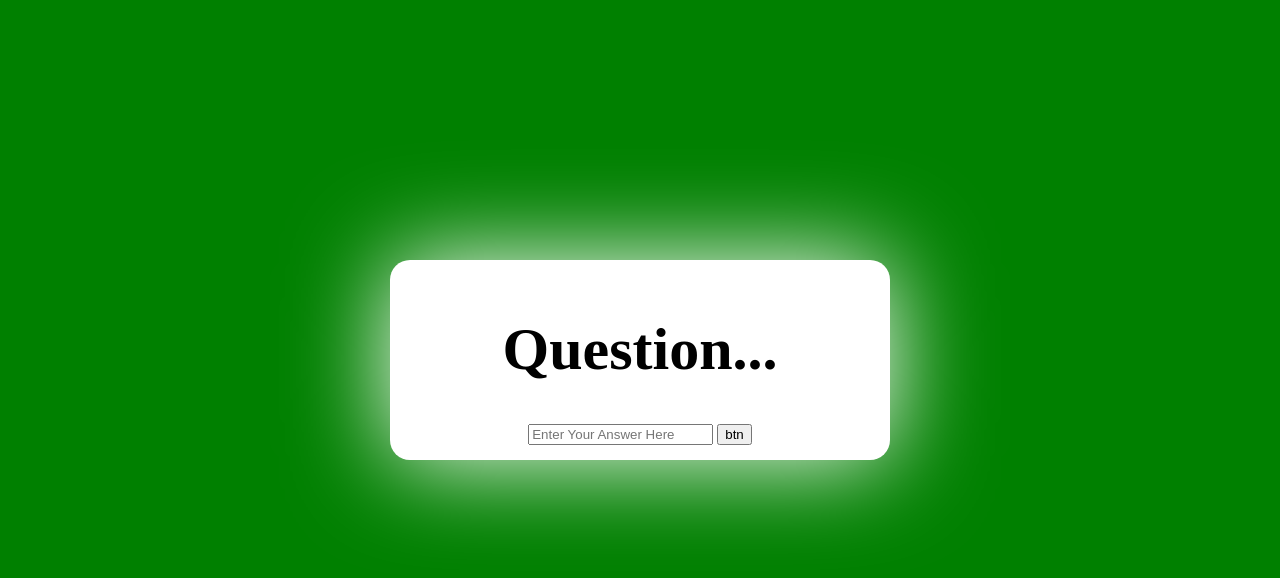
Repository: Joseph061200/Dynamic_Lab2
Page: joseph.html
These files come from the project's save history. The page is drawn as it stood at one moment and after the next save; the edit follows.
The browser window is 1280 px wide. The pictures show the whole page.

Above is the page before, as saved 2020-02-20 14:16:08.

After the next save:
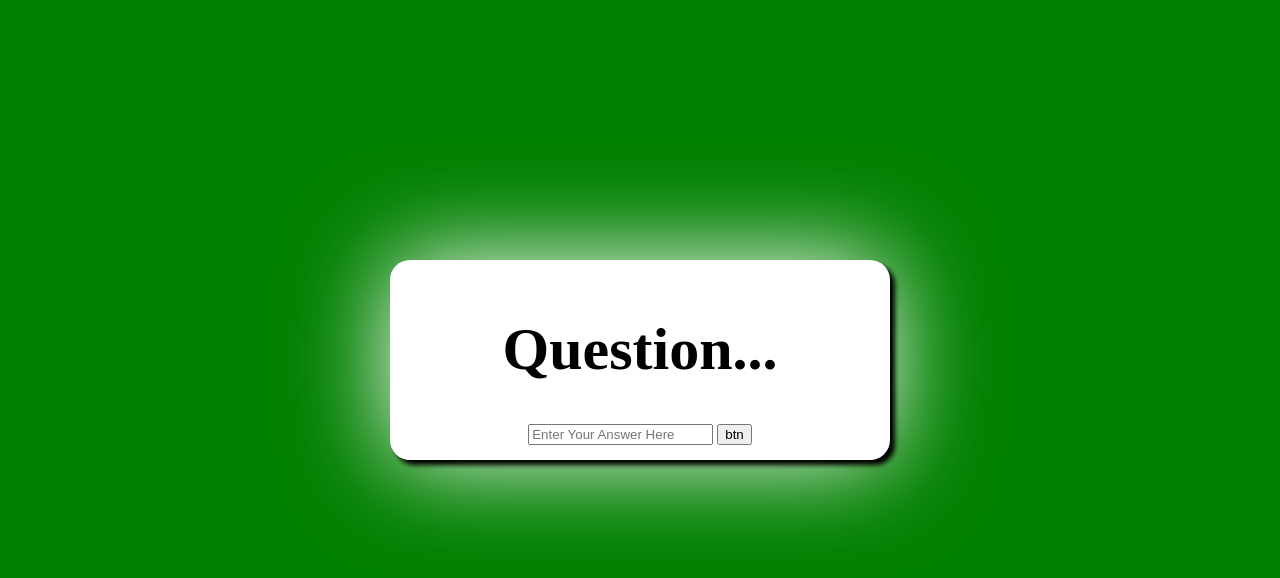
Saved 27 s later.
--- a/joseph.css
+++ b/joseph.css
@@ -19,8 +19,7 @@ body,html {
     align-items: center;
     background-color: white;
     border-radius: 20px;
-    box-shadow: 5px 5px 5px black;
-    box-shadow: 0px 0px 100px white;
+    box-shadow: 5px 5px 5px black,0px 0px 100px white;
 
 }
 h1 {
